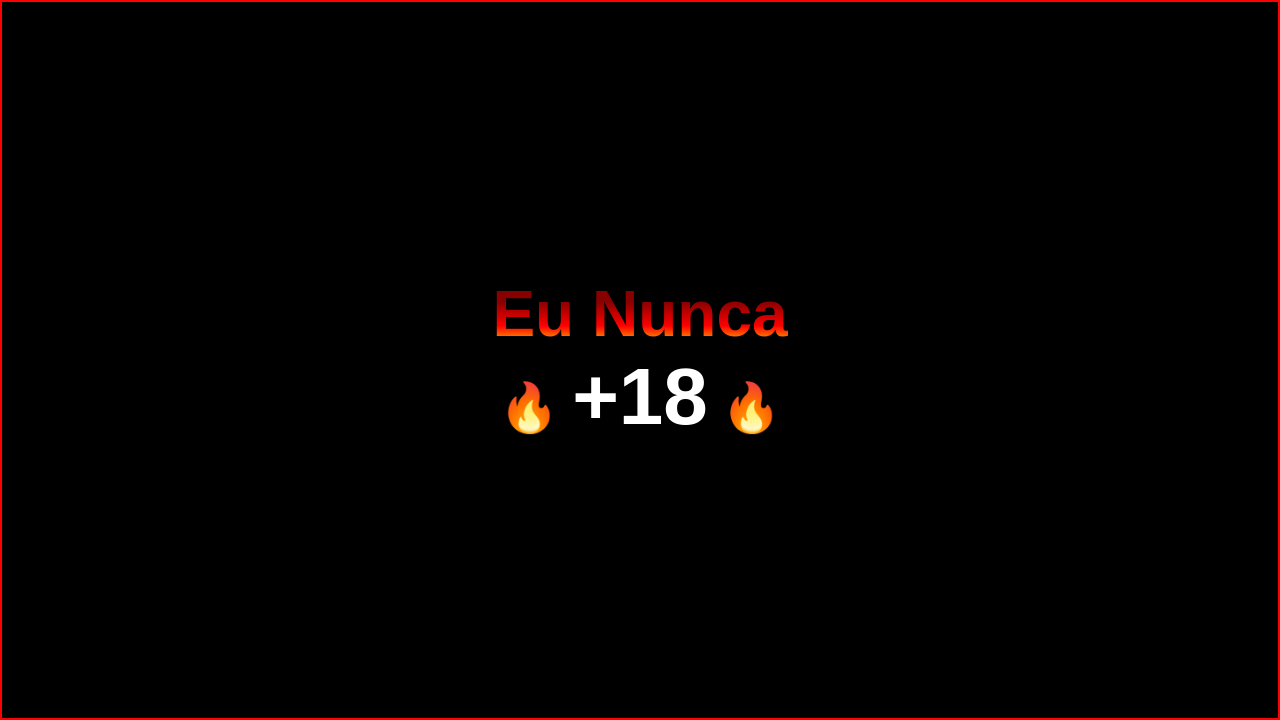
Repository: odiloalmeida/inever
Page: index.html
An editor plug-in stored every save of this project. The page is shown before and after the next save, followed by the edit.
The browser window is 1280 px wide. The pictures show the whole page.

Above is the page before, as saved 2023-01-31 21:15:10.

### index.html
<!DOCTYPE html>
<html lang="en">
<head>
    <meta charset="UTF-8">
    <meta http-equiv="X-UA-Compatible" content="IE=edge">
    <meta name="viewport" content="width=device-width, initial-scale=1.0">
    <link rel="icon" type="image/svg+xml" href="https://cdn-icons-png.flaticon.com/512/5181/5181956.png" />
    <link rel="stylesheet" href="./style.css">
    <title>18+ I Never</title>

</head>

<body>
    <button id="myButton" onclick="changeButtonName()">
        <span>Eu Nunca </span>
        <br>
        <span3>&#128293</span3>
        <span2>+18</span2>
        <span3>&#128293</span3>
    </button>
</body>

<script>

    function changeButtonName() {
        var button = document.getElementById("myButton");

        var names = ["Beijei alguém dessa turma",
        "Senti atração por alguém dessa turma",
        "Tomei banho pelado na praia/piscina",
        "Fiquei com um professor",
        "Fiquei com um amigo e me arrependi",
        "Fiquei com um amigo e não disse pra ninguém",
        "Menti sobre ter ficado com uma pessoa",
        "Bebi tanto que beijei alguém que não queria",
        "Bebi tanto que esqueci tudo no outro dia",
        "Vi um nudes de alguém dessa turma",
        "Desejei o namorado(a) de um amigo",
        "Fiquei com alguém por interesse",
        "Acelerei o ato sexual por que o oral estava ruim",
        "Bebi pra ter coragem de chegar numa pessoa",
        "Transei na escola ou faculdade",
        "Transei no chão",
        "Fiz sexo oral enquanto a pessoa trabalhava",
        "Fiz sexo oral enquanto a pessoa dirigia",
        "Usei fantasias sexuais",
        "Usei plug anal",
        "Usei um vibrador",
        "Fiquei com alguém depois neguei pra todo mundo",
        "Disse pra uma pessoa que a amava sem amar",
        "Transei no carro",
        "Broxei no meio do ato sexual",
        "Desisti de ficar com uma pessoa por que ela estava fedendo",
        "Fui chupar e estava fedendo muito e desisti",
        "Me masturbei depois do ato sexual por que não conseguir “chegar lá” com o parceiro",
        "Fiquei com dois amigos ao mesmo tempo sem eles saberem",
        "Parei o ato sexual para ir fazer xixi",
        "Fiz a chuca",
        "Transei na rua",
        "Paguei por sexo",
        "Fiz sexo por dinheiro",
        "Dei um beijo triplo",
        "Voltaria com um ex",
        "Fiquei com uma pessoa em um lugar e logo em seguida fui para outro lugar ficar com outra (trocar palavras)",
        "Tirei fotos pelado(a)",
        "Fiquei com alguém para fazer ciúme a outro",
        "Sofri por amor",
        "Sofri por ficante",
        "Espiei alguém tomando banho",
        "Tomei banho com alguém",
        "Enfiei o dedo no orifício de alguém (kkkk)",
        "Eu nunca fiquei com um amigo do meu amigo eme arrependi"

        ];

        var randomName = names[Math.floor(Math.random() * names.length)];
        button.innerHTML = randomName;
    }

</script>

</html>

### style.css
* {
    padding: 0;
    margin: 0;
    box-sizing: border-box;
}

body {
    width: 100vw;
    height: 100vh;
    background-color: #000;
    display: flex;
    flex-direction: column;
    align-items: center;
    justify-content: center;
}

button {
    background-color: transparent;
    height: 100vh;
    width: 100vw;
    border: red 2px solid;
    font-weight: bold;
    font-size: 3rem;
    padding: 5px;
    color: #f1f1f1;
}

button span {
    background-image: linear-gradient(to bottom,#800000,#8B0000, red, yellow);
    background-clip: text;
    -webkit-background-clip: text;
    -webkit-text-fill-color: transparent;
    color: black;
    font-size: 4rem;
    font-weight: 900;
}

button span2 {
    color: #fff;
    font-size: 5rem;
}

After the next save:
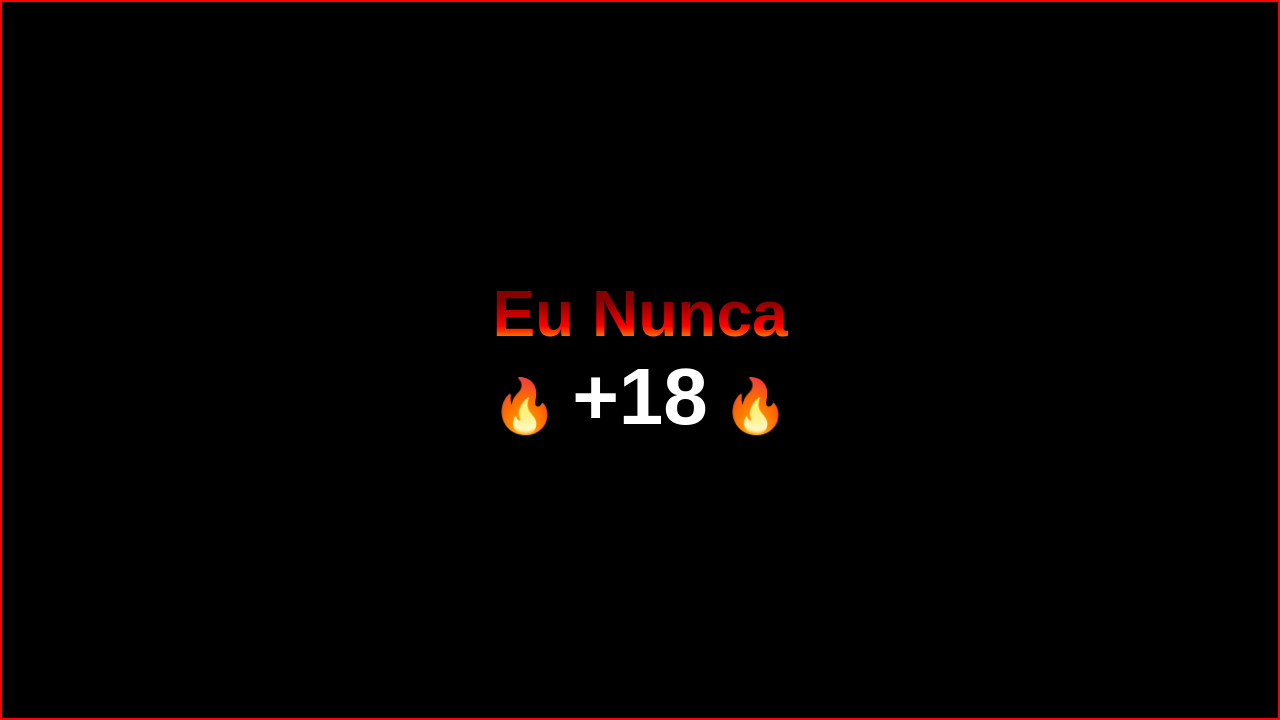
Saved 2 min 32 s later.
--- a/style.css
+++ b/style.css
@@ -20,7 +20,7 @@ button {
     width: 100vw;
     border: red 2px solid;
     font-weight: bold;
-    font-size: 3rem;
+    font-size: 3.3rem;
     padding: 5px;
     color: #f1f1f1;
 }
